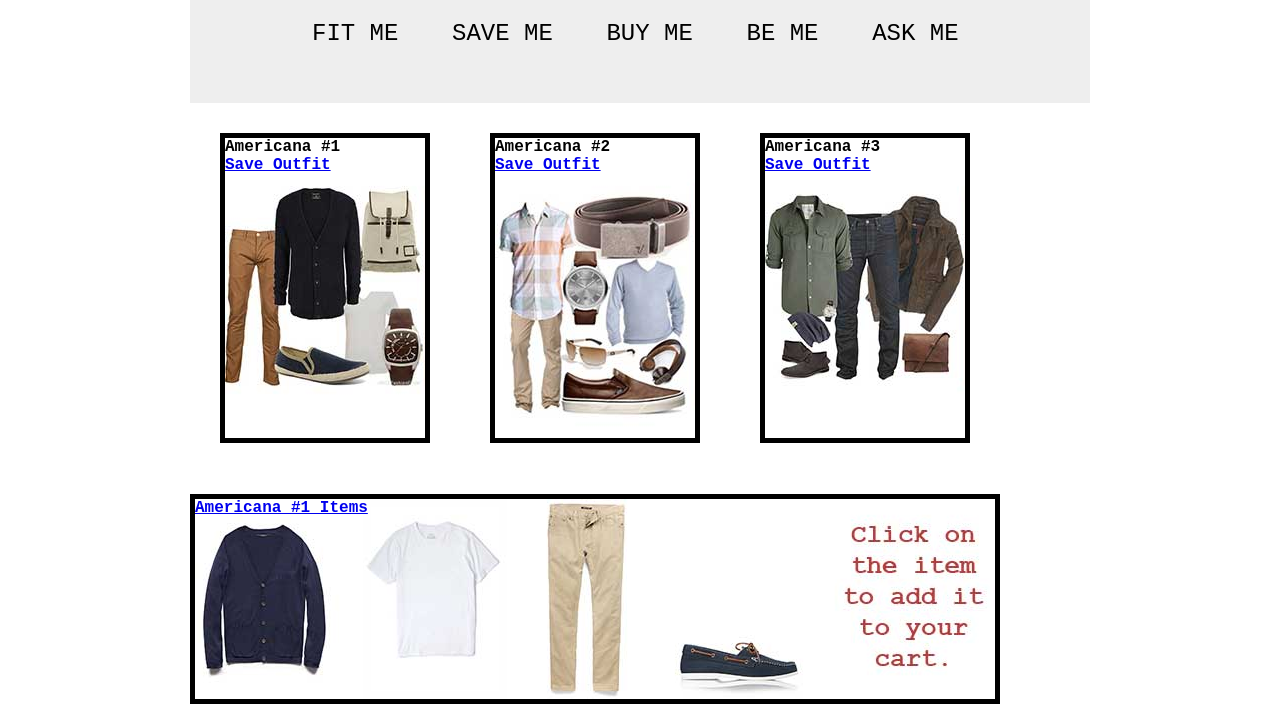
Repository: kesquili/kesquili.github.io
Page: fitin/buyme_americana.html
The author's editor kept a record of every edit. The page is drawn from the files as they stood at one moment, then again after the next edit.
The browser window is 1280 px wide. The pictures show the whole page.

Above is the page before.

### fitin/buyme_americana.html
<!doctype html>
<html>
<head>
<meta charset="UTF-8">
<title>FitIn</title>
<link href="styles.css" rel="stylesheet" type="text/css">
</head>

<body>
    <div class="wrapper">
        <nav>
        <ul>
          <li><a href="fitme.html">FIT ME</a></li>
          <li><a href="saveme.html">SAVE ME</a></li>
          <li><a href="buyme_americana.html">BUY ME</a></li>
          <li><a href="beme.html">BE ME</a></li>
          <li><a href="askme.html">ASK ME</a></li>
        </ul>
        </nav>
        <br>
        <br>
        <div class="results">
            <h4 id="americana3">Americana #1 <br> <a href="saveme.html">Save Outfit</a></h4>
            <h4 id="americana2">Americana #2 <br> <a href="saveme.html">Save Outfit</a></h4>
            <h4 id="americana1">Americana #3 <br> <a href="saveme.html">Save Outfit</a></h4>
        </div>
        <div class="breakdown">
            <h4 id="americana"><a href="saveme.html">Americana #1 Items</a></h4>
        </div>
    </div>
<script type="text/javascript" src="jquery-1.11.2.min.js"></script>
<script type="text/javascript" src="script.js"></script>

</body>
</html>

### fitin/styles.css
@charset "UTF-8";
/* CSS Document */

body {
font: 14px;
font-style: bold;
font-family: "Courier New", Courier;
margin: 0;
padding: 0;
}

.wrapper {
	width: 900px;
	margin: 0 auto;
	background-color: #eee;
	height: 100%;
}
nav {
    width: 700px;
    margin: 0 auto;
    padding: 20px;
}
nav a{
    color: black;
    text-decoration: none;
    font-size: 24px;
    margin: 10px 20px;
    border: 2px solid transparent;
}
nav a:hover {
	color: #9C0310;
	border: 2px dotted #9C0310;
}

ul{
    list-style-type: none;
    margin: 0;
    padding: 0;
}

li{
    display: inline;
}

select{
}

.form{
    margin: 0 auto;
}

.form h4{
    font-size: 20px;
}
.results h4:hover {
	background-position: 0px auto;
	background-position: 200px 0%;
}
.results #hipster1{
	border: 5px;
	border-color: black;
	border-style: solid;
	margin: 30px;
	width: 200px;
	height: 300px;
	float: left;
	background-image: url(Images/hipstersprite1.jpg);
}
.results #hipster2{
	border: 5px;
	border-color: black;
	border-style: solid;
	margin: 30px;
	width: 200px;
	height: 300px;
	float: left;
	background-image: url(Images/hipstersprite2.jpg);
}
.results #hipster3{
	border: 5px;
	border-color: black;
	border-style: solid;
	margin: 30px;
	width: 200px;
	height: 300px;
	float: left;
	background-image: url(Images/hipstersprite3.jpg);
}
.breakdown #hipster {
	border: 5px solid #060606;
	width: 800px;
	height: 200px;
	margin: 30px;
	display: block;
	background-image: url(Images/hipsterbreakdown1.jpg);
}
.breakdown #hipster:hover {
	border: 5px solid #060606;
	width: 800px;
	height: 200px;
	margin: 30px;
	display: block;
	background-image: url(Images/hipsterbreakdown2.jpg);
}


.results #urban1{
	border: 5px;
	border-color: black;
	border-style: solid;
	margin: 30px;
	width: 200px;
	height: 300px;
	float: left;
	background-image: url(Images/urbansprite1.jpg);
}
.results #urban2{
	border: 5px;
	border-color: black;
	border-style: solid;
	margin: 30px;
	width: 200px;
	height: 300px;
	float: left;
	background-image: url(Images/urbansprite2.jpg);
}
.results #urban3{
	border: 5px;
	border-color: black;
	border-style: solid;
	margin: 30px;
	width: 200px;
	height: 300px;
	float: left;
	background-image: url(Images/urbansprite3.jpg);
}

.breakdown #urban {
	background-image: url(Images/urbanbreakdown1.jpg);
	width: 800px;
	height: 200px;
}
.breakdown #urban:hover  {
	background-image: url(Images/urbanbreakdown2.jpg);
}

.results #americana3{
	border: 5px;
	border-color: black;
	border-style: solid;
	margin: 30px;
	width: 200px;
	height: 300px;
	float: left;
	background-image: url(Images/americanasprite3.jpg);
}
.results #americana2{
	border: 5px;
	border-color: black;
	border-style: solid;
	margin: 30px;
	width: 200px;
	height: 300px;
	float: left;
	background-image: url(Images/americanasprite2.jpg);
}
.results #americana1{
	border: 5px;
	border-color: black;
	border-style: solid;
	margin: 30px;
	width: 200px;
	height: 300px;
	float: left;
	background-image: url(Images/americanasprite1.jpg);
}

.breakdown #americana{
	width: 800px;
	height: 200px;
	border: 5px;
	border-color: black;
	border-style: solid;
	float: left;
	position: relative;
	background-image: url(Images/americanabreakdown1.jpg);
}
.breakdown #americana:hover {
	width: 800px;
	height: 200px;
	border: 5px;
	border-color: black;
	border-style: solid;
	float: left;
	position: relative;
	background-image: url(Images/americanabreakdown2.jpg);
}

.breakdown h4{
	border: 5px;
	border-color: black;
	border-style: solid;
	float: left;
	position: relative;
}

.sideimage {
	border: 10px solid black;
	width: 300px;
	height: 460px;
	float: left;
	margin-right: 12px;
	background-image: url(Images/Ask-Me.jpg);
}

.signup{
    margin-left: 20px;
    float: left;
}

.sell{
    display: block;
    float: left;
    max-width: 500px;
    min-width: 400px;
}

h6{
    font-size: 12px;
    font-family: Helvetica, sans-serif;
    padding: 0;
    display: inline-block;
    width: 120px;
    text-align: right;
    margin: 5px 0;
}

input {
    background-color: red;
    color: white;
    border: none;
    outline: none;
}

.closet {
	margin-left: auto;
	margin-right: auto;
	display: block;
	position: relative;
	/* [disabled]clear: both; */
}
.closet h4{
	border: 5px;
	border-color: black;
	border-style: solid;
	margin-top: 30px;
	margin-right: 30px;
	margin-left: 30px;
	margin-bottom: 30px;
	width: 200px;
	height: 300px;
	float: left;
}
.closet #closet1 {
	margin-left: auto;
	margin-right: auto;
	display: block;
	position: relative;
	/* [disabled]clear: both; */
	background-image: url(Images/americanasprite3.jpg);
}
.closet #closet2 {
	margin-left: 30px;
	margin-right: 30px;
	display: block;
	position: relative;
	/* [disabled]clear: both; */
	background-image: url(Images/hipstersprite3.jpg);
}
.closet #closet3 {
	margin-left: 30px;
	margin-right: 30px;
	display: block;
	position: relative;
	/* [disabled]clear: both; */
	background-image: url(Images/closet3.jpg);
}
.closet #closet4 {
	margin-left: 30px;
	margin-right: 30px;
	display: block;
	position: relative;
	/* [disabled]clear: both; */
	background-image: url(Images/closet4.jpg);
}
.closet #closet5 {
	margin-left: 30px;
	margin-right: 30px;
	display: block;
	position: relative;
	/* [disabled]clear: both; */
	background-image: url(Images/closet5.jpg);
}

.form form a {
	text-decoration: none;
	color: #9C0310;
	font-family: Courier New, Courier;
	font-weight: bold;
}

### fitin/script.js

 $("#americana3").click(function(){
        $("#americana").toggle();
});


$("#urban2").click(function(){
        $("#urban").toggle();
});

$("#hipster3").click(function(){
        $("#hipster").toggle();
});

Loaded but not shown: fitin/jquery-1.11.2.min.js (library)

After the next edit:
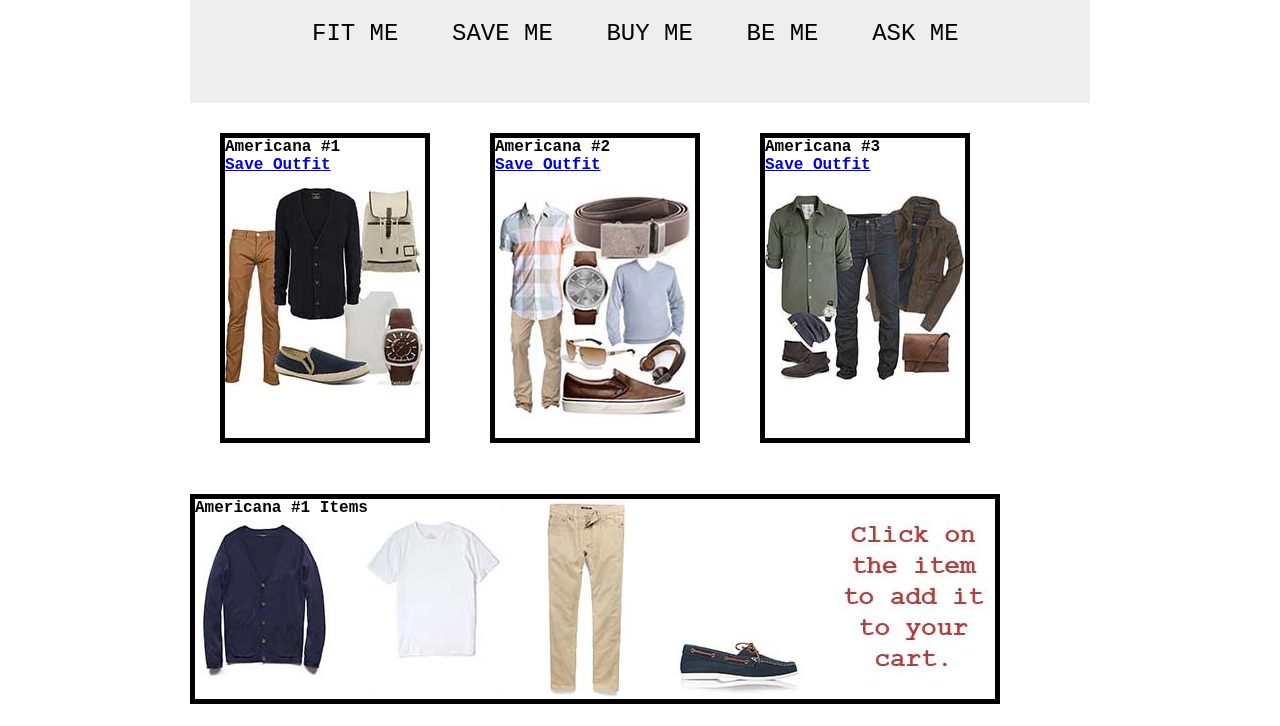
The edit:
--- a/fitin/buyme_americana.html
+++ b/fitin/buyme_americana.html
@@ -25,7 +25,7 @@
             <h4 id="americana1">Americana #3 <br> <a href="saveme.html">Save Outfit</a></h4>
         </div>
         <div class="breakdown">
-            <h4 id="americana"><a href="saveme.html">Americana #1 Items</a></h4>
+            <h4 id="americana">Americana #1 Items</h4>
         </div>
     </div>
 <script type="text/javascript" src="jquery-1.11.2.min.js"></script>
